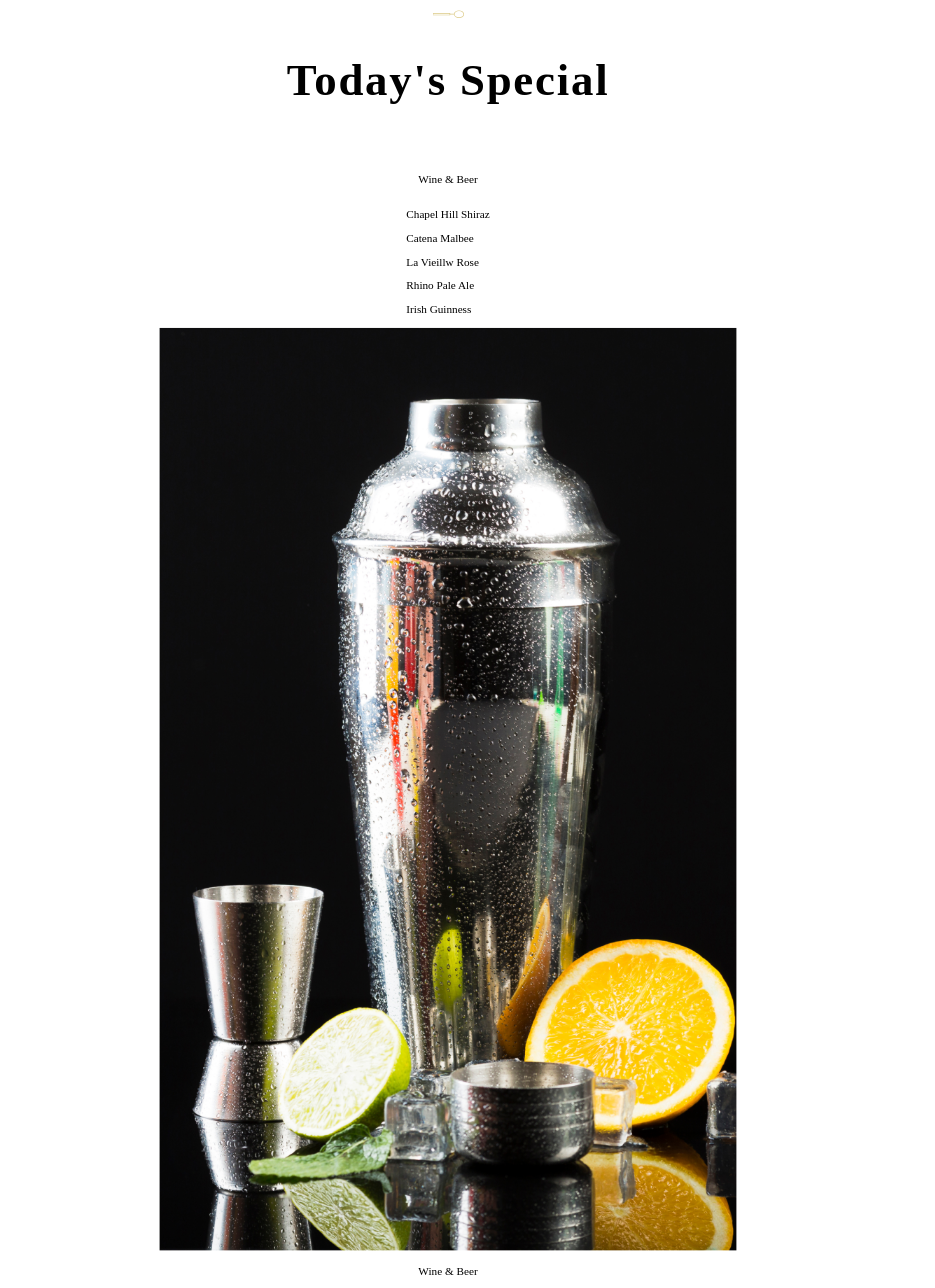
Repository: remydev47/restaurant
Page: /
These files come from the project's save history. The page is drawn as it stood at one moment and after the next save; the edit follows.
The browser window is 1280 px wide. The page is 1336 px wide, so the pictures cover 1336 px, including what lies to the right of the window. The pictures show the part of the page from y = 2516 to 4356 px (the page is 4723 px tall before and 4751 px after), at 70% of full size.
Backgrounds fixed to the window are drawn as part of the page. The project was rebuilt for these pictures with package versions that can differ from the ones it lists, and the page was loaded fresh each time. Also part of the build but not shown: src/container/Chef/Chef.css, src/components/Footer/Newsletter.jsx, src/components/Footer/FooterOverlay.jsx, src/components/Menuitem/MenuItem.css, src/components/Menuitem/MenuItem.jsx. Imported but missing from the stored project, and not drawn on this page: src/assets/meal.mp4.

Above is the page before, as saved 2022-03-15 15:38:41.

After the next save:
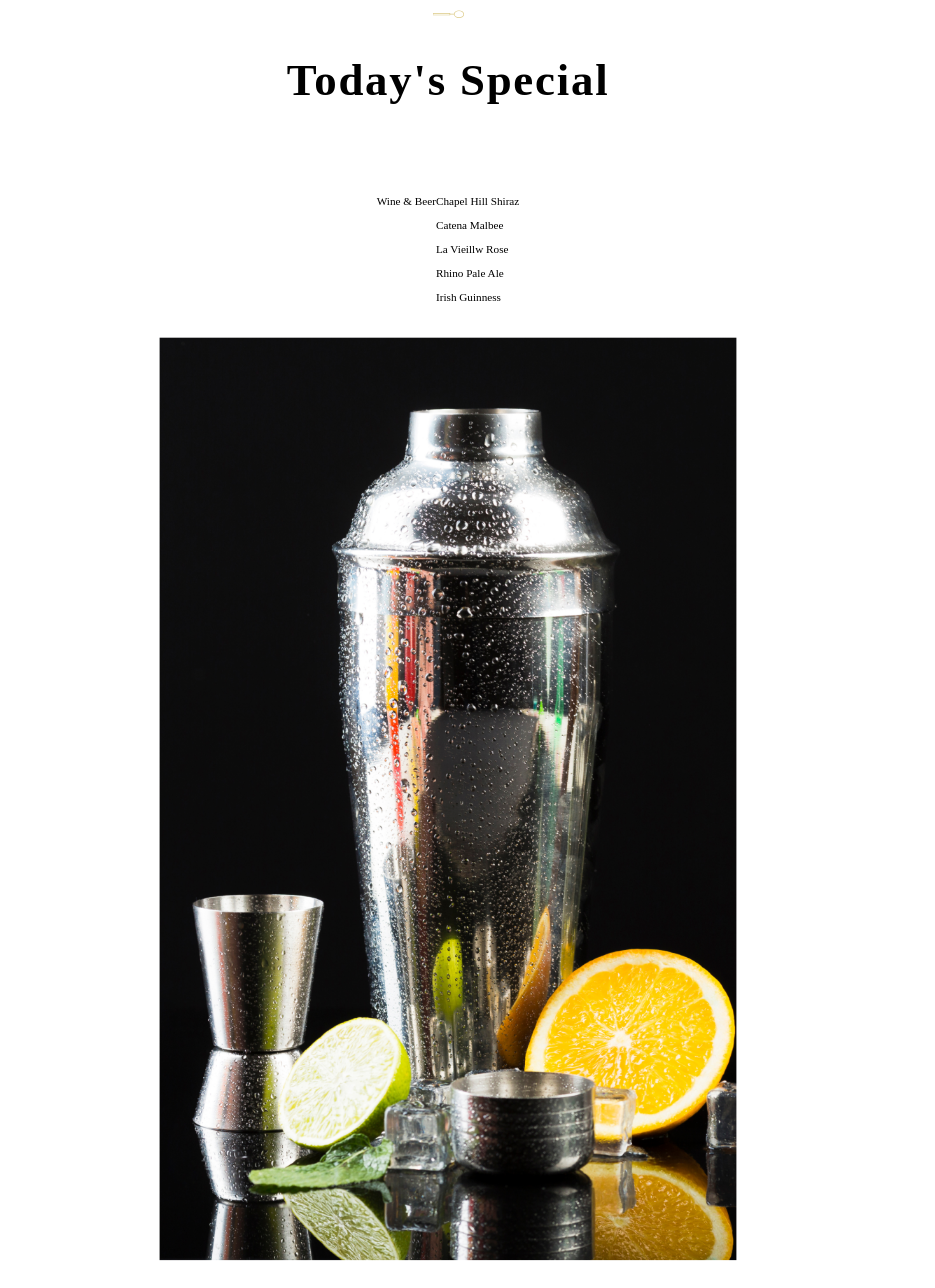
Saved 2 min 0 s later.
--- a/src/container/Menu/SpecialMenu.css
+++ b/src/container/Menu/SpecialMenu.css
@@ -7,3 +7,13 @@
     margin-bottom: 2rem;
     text-align: center;
 }
+
+.app__specialMenu-menu {
+    width: 100%;
+
+    margin: 2rem 0;
+    display: flex;
+    justify-content: center;
+    align-items: flex-start;
+    flex-direction: row;
+}
